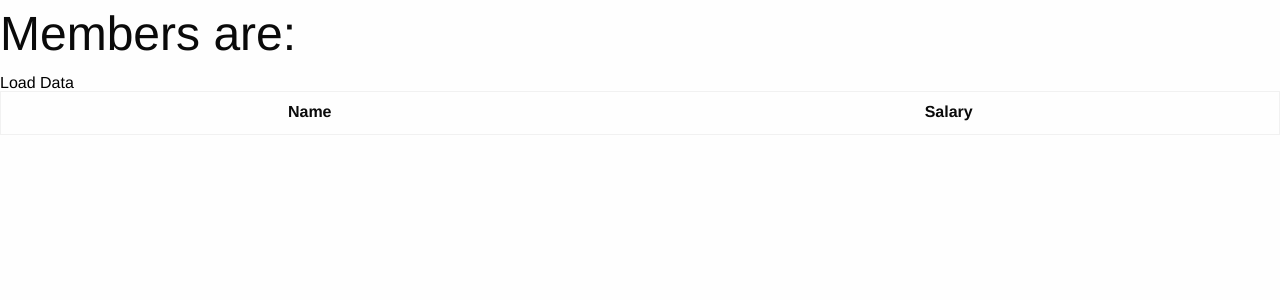
Repository: dhileepankruschev/spring-training
Page: http://localhost/Member/
The author's editor kept a copy of each file at every save. The page is drawn from the files as they stood at one save, then again after the next save.
The browser window is 1280 px wide. The pictures show the whole page.
Some web libraries are served in a nearby version. The page is served by Tomcat 9. Nobody is signed in. The application's start-up code is not run. Other server files are loaded and not shown.

Above is the page before, as saved 2016-06-29 02:41:36.

### Member/src/main/webapp/index.jsp

<!DOCTYPE html PUBLIC "-//W3C//DTD HTML 4.01 Transitional//EN" "http://www.w3.org/TR/html4/loose.dtd">
<html>
<head>
<meta http-equiv="Content-Type" content="text/html; charset=ISO-8859-1">
<title>Insert title here</title>
<link
	href="https://cdnjs.cloudflare.com/ajax/libs/foundation/6.2.3/foundation.css"
	rel="stylesheet" />
</head>
<body ng-app="myApp" ng-controller="myController">
	<h1>Members are:</h1>
	<button ng-click="loadData()">Load Data</button>
	<table>
		<tr>
			<th>Name</th>
			<th>Salary</th>
		</tr>

		<tr ng-repeat="member in members | orderBy:'name'">
			<td>{{member.name}}</td>
			<td>{{member.salary}}</td>
		</tr>

	</table>

	<script
		src="https://ajax.googleapis.com/ajax/libs/angularjs/1.5.7/angular.min.js
"></script>
	<script>
		var app = angular.module('myApp', []);

		app.controller('myController', function($scope, $http) {
			$scope.loadData = function() {
				$http({
					url : 'rest/findAll',
					method : 'GET'
				}).success(function(data) {
					console.log('Recieved something from the server')
					console.log(data);
					$scope.members = data;
				})
			}
		})
	</script>
</body>
</html>

After the next save:
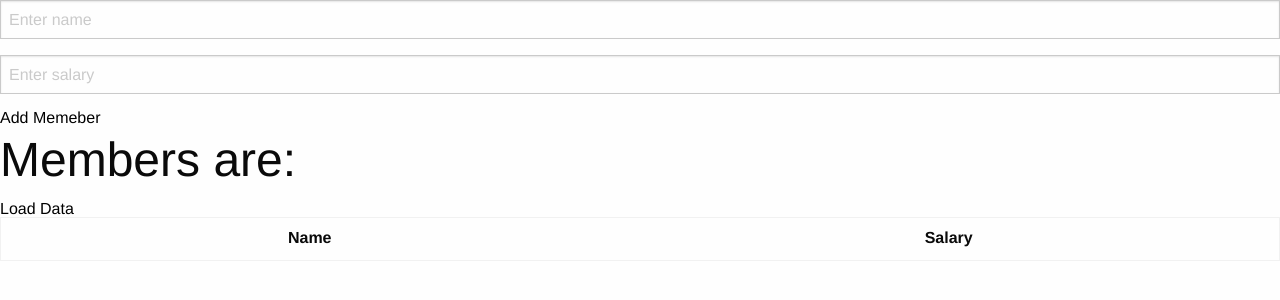
Saved 4 min 47 s later.
--- a/Member/src/main/webapp/index.jsp
+++ b/Member/src/main/webapp/index.jsp
@@ -9,6 +9,12 @@
 	rel="stylesheet" />
 </head>
 <body ng-app="myApp" ng-controller="myController">
+
+
+<input type=text ng-model="memeber.name" placeholder="Enter name"/>
+<input type=text ng-model="memeber.salary" placeholder="Enter salary"/>
+<button ng-click="addMember()">Add Memeber</button>
+
 	<h1>Members are:</h1>
 	<button ng-click="loadData()">Load Data</button>
 	<table>
